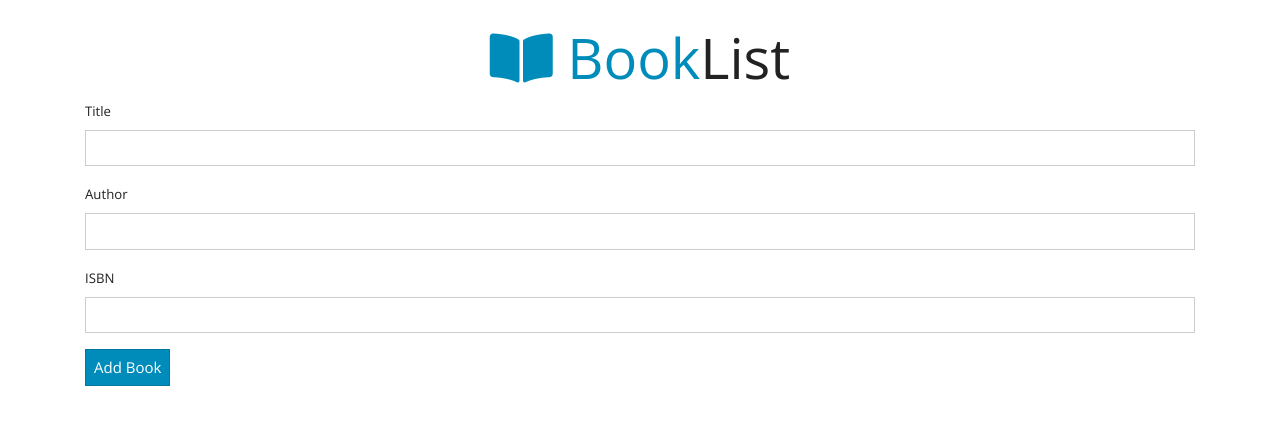
Repository: carrascomcesar/JSBOOKLIST
Page: index.html
An editor plug-in stored every save of this project. The page is shown before and after the next save, followed by the edit.
The browser window is 1280 px wide. The pictures show the whole page.
Some web libraries are served in a nearby version.

Above is the page before, as saved 2021-02-01 10:43:20.

### index.html
<!DOCTYPE html>
<html lang="en">
<head>
    <meta charset="UTF-8">
    <meta name="viewport" content="width=device-width, initial-scale=1.0">
    <link rel="stylesheet" href="https://pro.fontawesome.com/releases/v5.10.0/css/all.css"
        integrity="sha384-AYmEC3Yw5cVb3ZcuHtOA93w35dYTsvhLPVnYs9eStHfGJvOvKxVfELGroGkvsg+p" crossorigin="anonymous" />

    <link rel="stylesheet" href="https://bootswatch.com/4/yeti/bootstrap.min.css">
    <title>Booklist App</title>
</head>
<body>
    <div class="container mt-4">
        <h1 class="display-4 text-center">
            <i class="fa-book-open fas text-primary"></i>
            <span class="text-primary">Book</span>List
        </h1>
        <form id="book-form">
            <div class="form-group">
                <label for="title">Title</label>
                <input type="text" name="" id="title" class="form-control">
            </div>
            <div class="form-group">
                <label for="author">Author</label>
                <input type="text" name="" id="author" class="form-control">
            </div>
            <div class="form-group">
                <label for="isbn">ISBN</label>
                <input type="text" name="" id="isbn" class="form-control">
            </div>
            <input type="submit" value="Add Book" class="btn btn-primary">
        </form>
    </div>
</body>
</html>

After the next save:
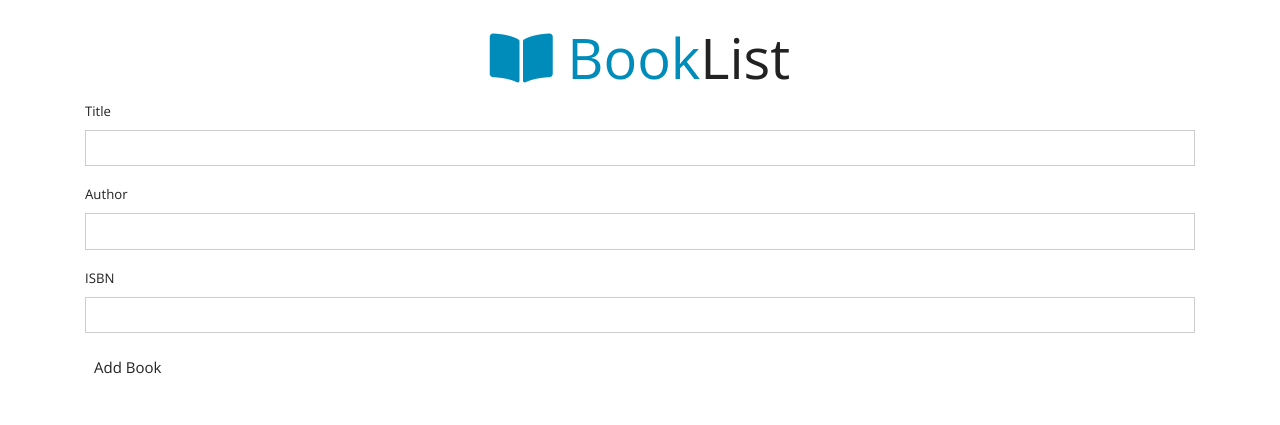
Saved 10 s later.
--- a/index.html
+++ b/index.html
@@ -28,7 +28,7 @@
                 <label for="isbn">ISBN</label>
                 <input type="text" name="" id="isbn" class="form-control">
             </div>
-            <input type="submit" value="Add Book" class="btn btn-primary">
+            <input type="submit" value="Add Book" class="btn">
         </form>
     </div>
 </body>

After the save that followed:
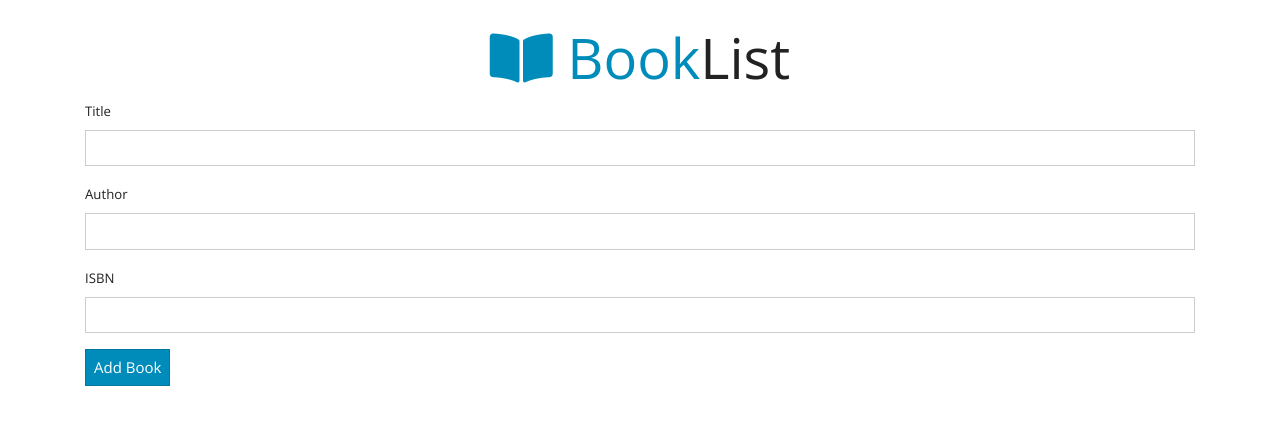
Saved 8 s later.
--- a/index.html
+++ b/index.html
@@ -28,7 +28,7 @@
                 <label for="isbn">ISBN</label>
                 <input type="text" name="" id="isbn" class="form-control">
             </div>
-            <input type="submit" value="Add Book" class="btn">
+            <input type="submit" value="Add Book" class="btn btn-primary">
         </form>
     </div>
 </body>
